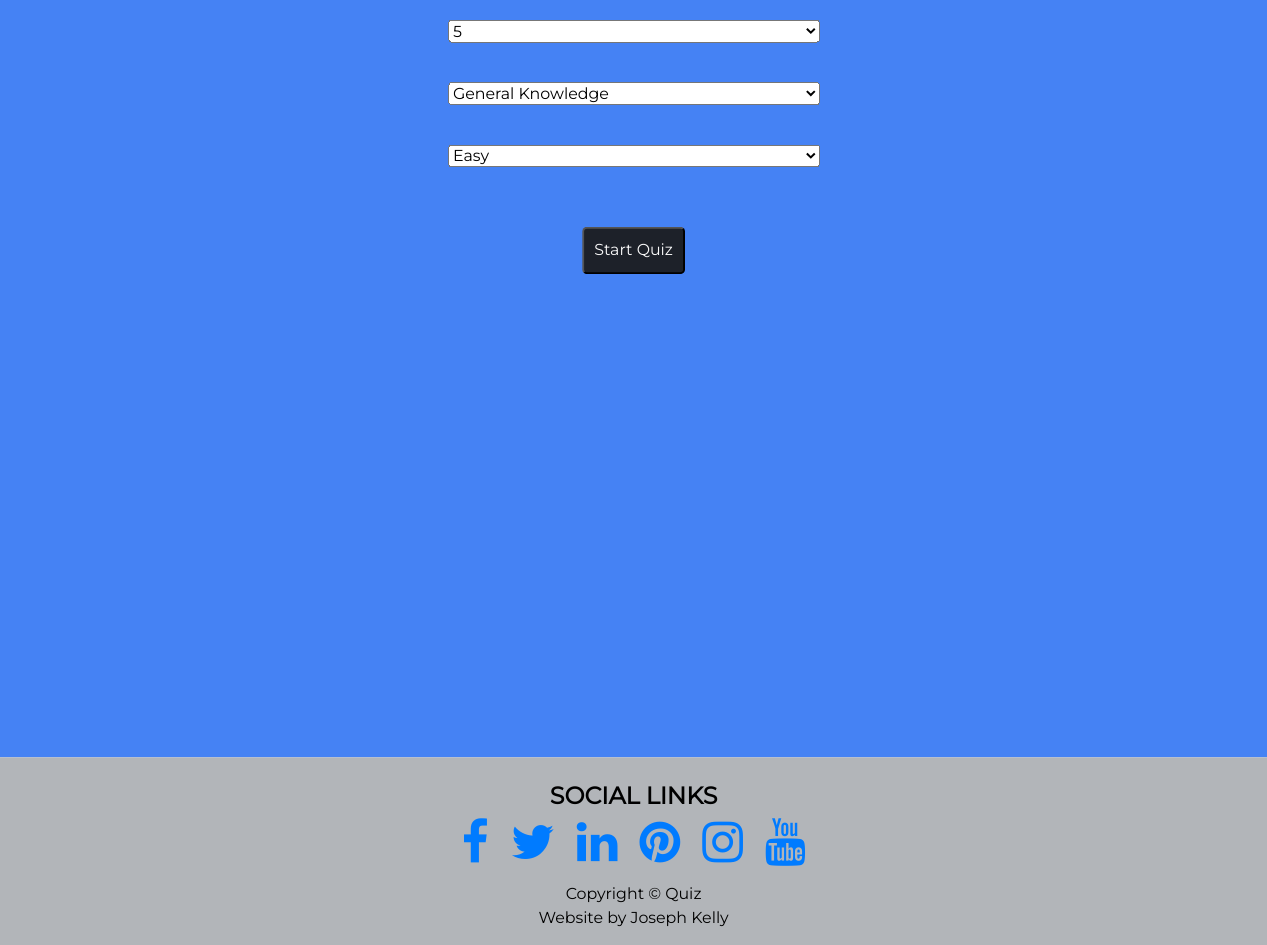
Repository: Code-Institute-Submissions/quiz-1
Page: load.html
The author's editor kept a record of every edit. The page is drawn from the files as they stood at one moment, then again after the next edit.
The browser window is 1280 px wide. The pictures show the whole page, at 99% of full size.

Above is the page before.

After the next edit:
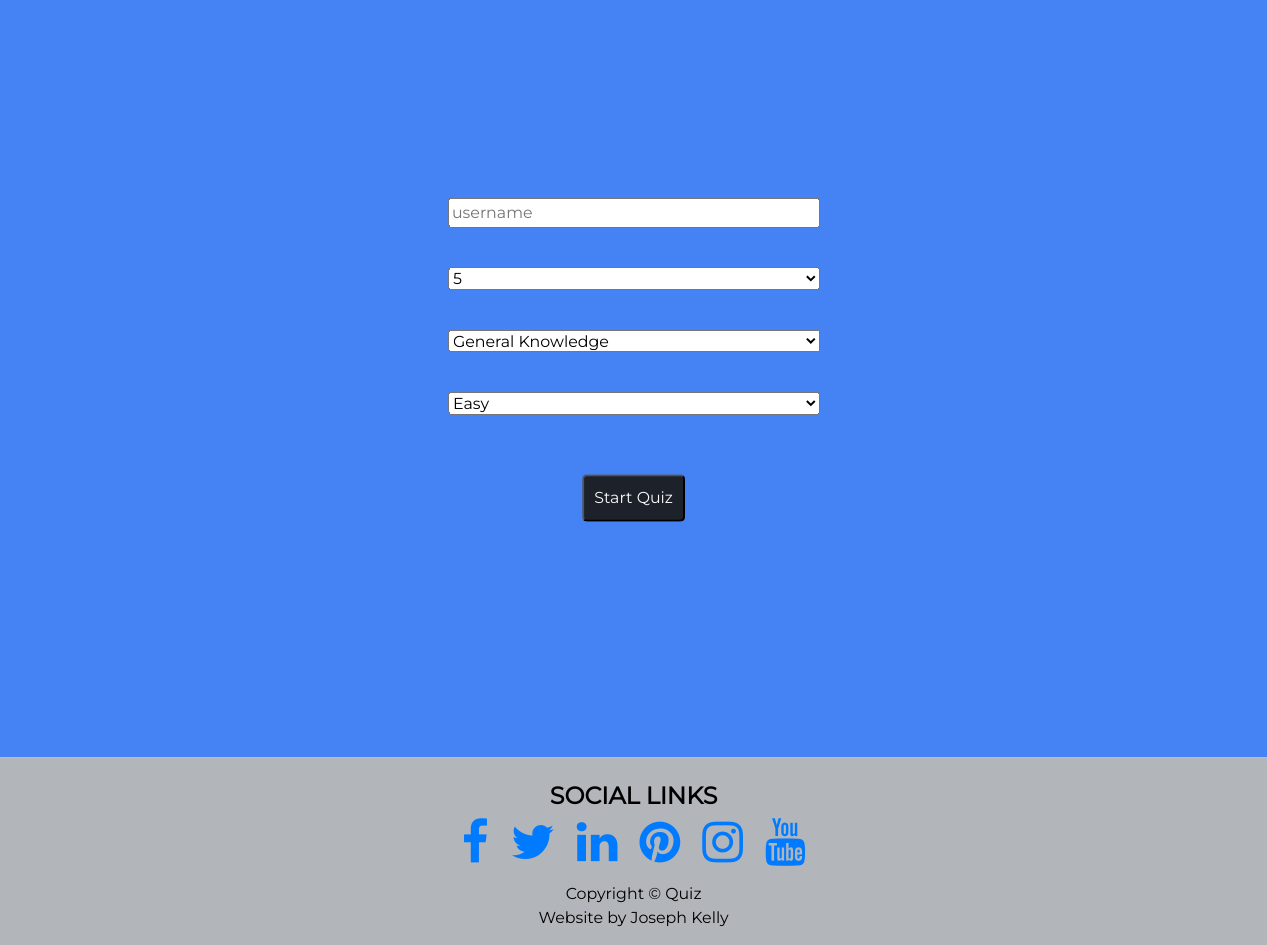
The edit:
--- a/load.html
+++ b/load.html
@@ -18,7 +18,8 @@
 <body>
     <div class="container-fluid home">
         <div>
-
+            <form>
+            <input type="text" name="username" id="username" placeholder="username" class="username" required/>
             <select class="select-amount" id="amount" onchange="apiValues()">
                 <option data-amount="5">5</option>
                 <option data-amount="10">10</option>
